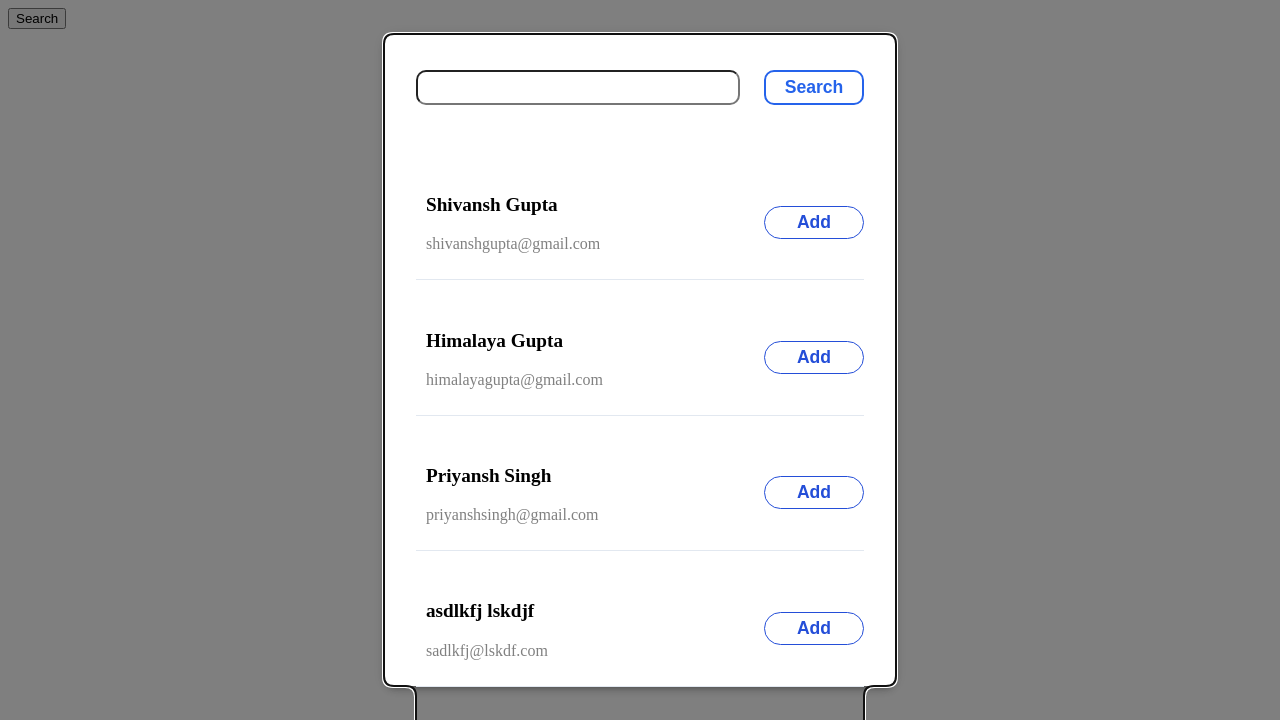
Repository: shiv0403/event-planner
Page: /, after clicking the first element matching `button`
These files come from the project's save history. The page is drawn as it stood at one moment and after the next save; the edit follows.
The browser window is 1280 px wide. The pictures show the whole page.
The pointer rests on the first visible `.sp__add > button`.
The project was rebuilt for these pictures with package versions that can differ from the ones it lists, and the page was loaded fresh each time.

Above is the page before, as saved 2021-07-27 12:06:50.

### src/App.js
import React from "react";
import Modal from "./Components/SearchModal/SearchModal";

function App() {
  return (
    <div className="App">
      <Modal />
    </div>
  );
}

export default App;

### src/Components/SearchModal/SearchModal.js
import React, { useState } from "react";
import { makeStyles } from "@material-ui/core/styles";
import Modal from "@material-ui/core/Modal";
import Backdrop from "@material-ui/core/Backdrop";
import Fade from "@material-ui/core/Fade";
import SearchPerson from "./SearchPerson";

import "./SearchModal.css";

const useStyles = makeStyles((theme) => ({
  modal: {
    display: "flex",
    alignItems: "center",
    justifyContent: "center",
  },
  paper: {
    backgroundColor: theme.palette.background.paper,
    boxShadow: theme.shadows[5],
    padding: theme.spacing(2, 4, 3),
    width: "35%",
    borderRadius: "10px",
    height: "85%",
  },
}));

export default function TransitionsModal() {
  const classes = useStyles();
  const [open, setOpen] = useState(false);
  const [data, setData] = useState([
    {
      name: "Shivansh Gupta",
      email: "shivanshgupta@gmail.com",
    },
    {
      name: "Himalaya Gupta",
      email: "himalayagupta@gmail.com",
    },
    {
      name: "Priyansh Singh",
      email: "priyanshsingh@gmail.com",
    },
    {
      name: "asdlkfj lskdjf",
      email: "sadlkfj@lskdf.com",
    },

    {
      name: "asdlkfj lskdjf",
      email: "sadlkfj@lskdf.com",
    },
  ]);

  const handleOpen = () => {
    setOpen(true);
  };

  const handleClose = () => {
    setOpen(false);
  };

  return (
    <div>
      <button type="button" onClick={handleOpen}>
        Search
      </button>
      <Modal
        aria-labelledby="transition-modal-title"
        aria-describedby="transition-modal-description"
        className={classes.modal}
        open={open}
        onClose={handleClose}
        closeAfterTransition
        BackdropComponent={Backdrop}
        BackdropProps={{
          timeout: 500,
        }}
      >
        <Fade in={open}>
          <div className={classes.paper}>
            <div className="search__header">
              <input type="text" />
              <button type="submit"> Search</button>
            </div>
            <div className="search__body">
              {data.map((person) => (
                <SearchPerson name={person.name} email={person.email} />
              ))}
            </div>
            <div className="search__footer">
              <p>https://invitelinke.com</p>
              <button type="submit">Share</button>
            </div>
          </div>
        </Fade>
      </Modal>
    </div>
  );
}

### src/Components/SearchModal/SearchPerson.js
import React from "react";
import "./SearchPerson.css";

function SearchPerson({ name, email }) {
  return (
    <div className="search__person">
      <div className="sp__details">
        <h3>{name}</h3>
        <p>{email}</p>
      </div>

      <div className="sp__add">
        <button type="submit">Add</button>
      </div>
    </div>
  );
}

export default SearchPerson;

### src/Components/SearchModal/SearchModal.css
.search__header {
  display: flex;
  justify-content: space-between;
  margin-bottom: 40px;
  /* margin-top: 20px; */
  padding: 20px 0;
}

.search__header > input {
  border-radius: 10px;
  width: 70%;
  padding: 3px;
  margin-right: 10px;
}

.search__header > button {
  padding: 5px;
  width: 100px;
  border-radius: 10px;
  border: 2px solid #2563eb;
  background-color: #fff;
  font-weight: 900;
  font-size: 1.1rem;
  color: #2563eb;
}

.search__footer {
  display: flex;
  justify-content: space-between;
  margin-top: 40px;
}

.search__footer > p {
  background-color: #eee;
  padding: 5px 10px;
  width: 70%;
  border-radius: 10px;
  margin-right: 10px;
}

.search__footer > button {
  padding: 5px;
  width: 100px;
  border-radius: 10px;
}

### src/Components/SearchModal/SearchPerson.css
.search__person {
  display: flex;
  justify-content: space-between;
  align-items: center;
  /* padding: 20px 30px; */
  width: 100%;
  margin: 20px auto;
  border-bottom: 1px #e2e8f0 solid;
}

.sp__details {
  /* background-color: #eee; */
  border-radius: 10px;
  width: 95%;
  padding: 10px;
  margin-right: 10px;
}

.sp__details > h3 {
  font-size: 1.2rem;
}

.sp__details > p {
  font-size: 1rem;
  margin-top: 5px;
  color: gray;
}

.sp__add > button {
  padding: 5px 3px;
  width: 100px;
  border: 1px #244ed8 solid;
  font-size: 1.1rem;
  border-radius: 20px;
  background-color: #fff;
  font-weight: 800;
  color: #244ed8;
  /* -webkit-transition: padding 2s; */
}

.sp__add > button:hover {
  /* background-color: #2563eb; */
  box-shadow: inset 0 0 0 2px var(--color-action);
  -webkit-transition: all 0.1s;
}

/*
#f7fafc
#2563eb
#414a59
#244ed8 */

Loaded but not shown: public/index.html (common file); src/index.js (common file); public/manifest.json (common file)

After the next save:
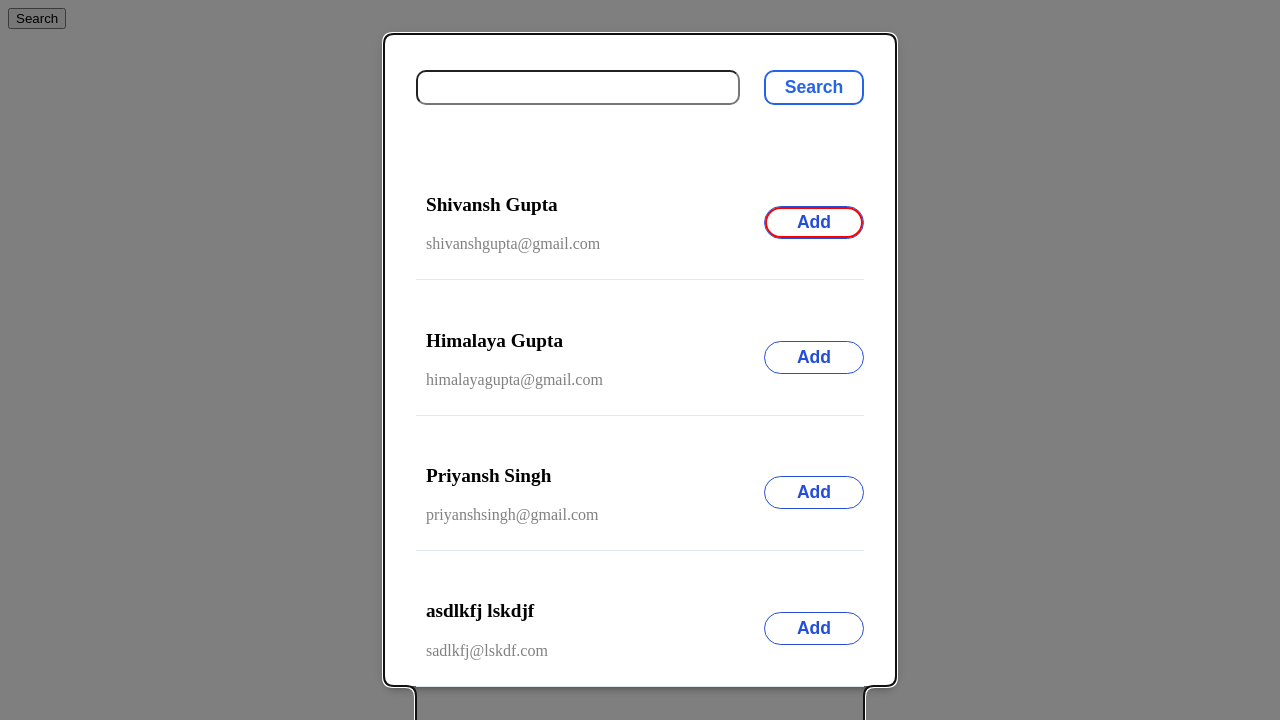
Saved 9 s later.
--- a/src/Components/SearchModal/SearchPerson.css
+++ b/src/Components/SearchModal/SearchPerson.css
@@ -40,7 +40,7 @@
 
 .sp__add > button:hover {
   /* background-color: #2563eb; */
-  box-shadow: inset 0 0 0 2px var(--color-action);
+  box-shadow: inset 0 0 0 2px red;
   -webkit-transition: all 0.1s;
 }
 
